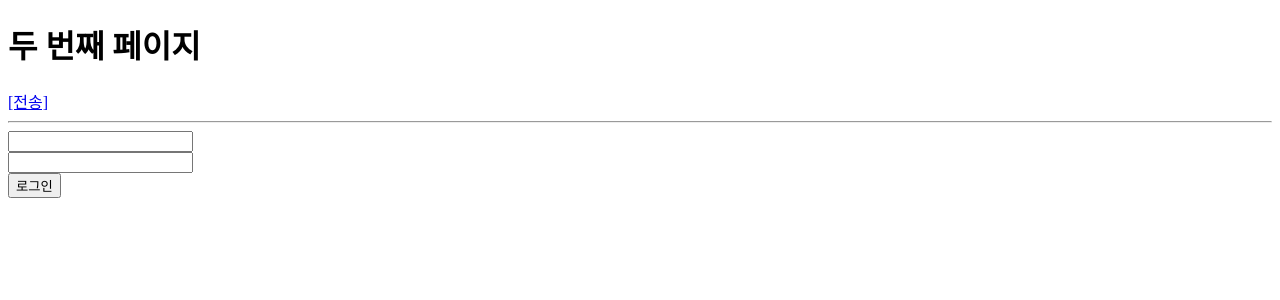
Repository: Taein142/STS3
Page: http://localhost/jsp01/mavCase
An editor plug-in stored every save of this project. The page is shown before and after the next save, followed by the edit.
The browser window is 1280 px wide. The pictures show the whole page.
The page is served by Tomcat 9.

Above is the page before, as saved 2024-02-02 05:29:49.

After the next save:
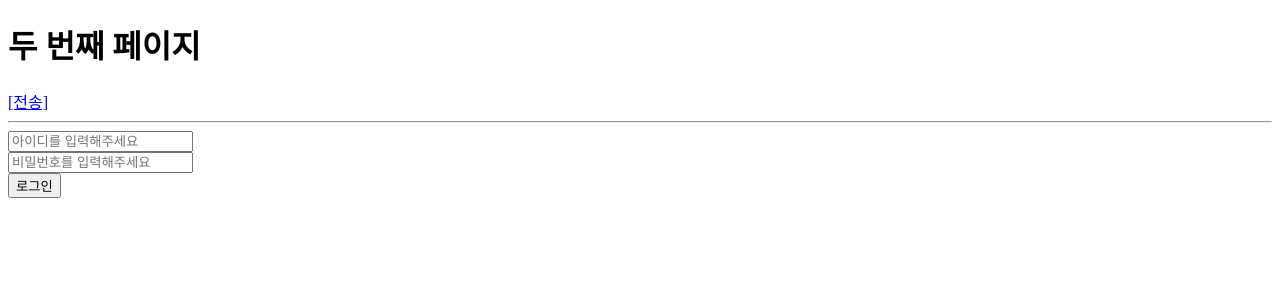
Saved 35 s later.
--- a/jsp01/src/main/webapp/WEB-INF/views/modelAndView.jsp
+++ b/jsp01/src/main/webapp/WEB-INF/views/modelAndView.jsp
@@ -16,8 +16,8 @@
 	<a href="send?id=user&num1=1234&num2=74">[전송]</a>
 	<hr>
 	<form action="login" method="get"> <!-- method는 디폴트가 get이다.(생략가능) -->
-		<input type="text" name="id"> <br>
-		<input type="text" name="password"> <br>
+		<input type="text" name="id" placeholder="아이디를 입력해주세요"> <br>
+		<input type="text" name="password" placeholder="비밀번호를 입력해주세요"> <br>
 		<input type="submit" value="로그인">
 	</form>
 
